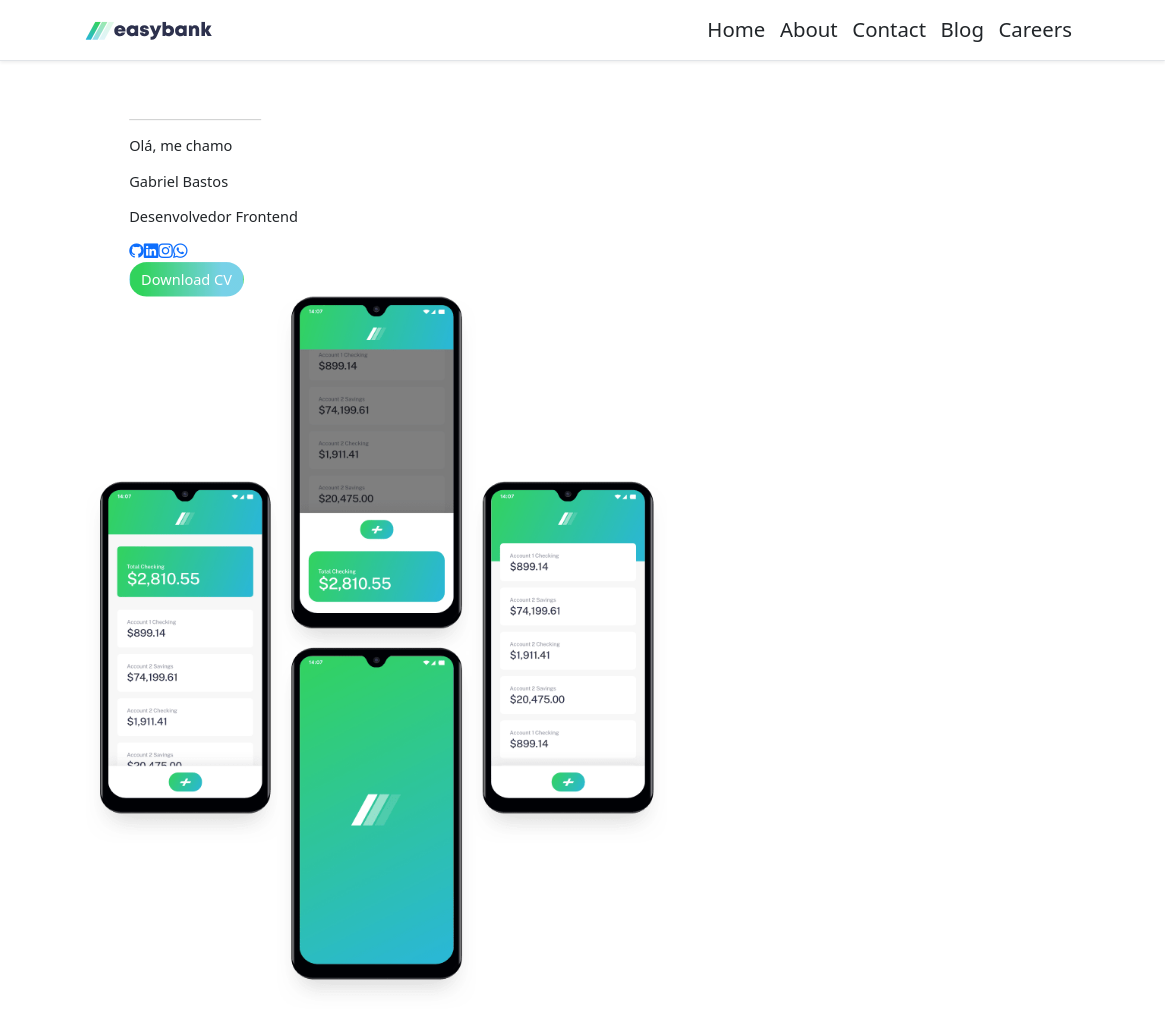
Repository: devbastos/easy-Bank
Page: / (app in frontend/)
The author's editor kept a copy of each file at every save. The page is drawn from the files as they stood at one save, then again after the next save.
The browser window is 1280 px wide. The pictures show the whole page, at 91% of full size.
Some web libraries are served in a nearby version. The project was rebuilt for these pictures with package versions that can differ from the ones it lists, and the page was loaded fresh each time.

Above is the page before, as saved 2022-02-04 12:03:29.

### frontend/src/index.html
<!doctype html>
<html lang="en">
<head>
  <meta charset="utf-8">
  <title>Frontend</title>
  <base href="/">
  <meta name="viewport" content="width=device-width, initial-scale=1">
  <link rel="icon" type="image/x-icon" href="favicon.ico">
  <link rel="stylesheet" href="../node_modules/bootstrap/dist/css/bootstrap.css">
  <link rel="stylesheet" href="../node_modules/bootstrap-icons/font/bootstrap-icons.css">
  <!-- CSS only -->
<link href="https://cdn.jsdelivr.net/npm/bootstrap@5.1.3/dist/css/bootstrap.min.css" rel="stylesheet" integrity="sha384-1BmE4kWBq78iYhFldvKuhfTAU6auU8tT94WrHftjDbrCEXSU1oBoqyl2QvZ6jIW3" crossorigin="anonymous">
</head>
<body>
  <app-root></app-root>

  <script src="/node_modules/bootstrap/dist/js/bootstrap.bundle.js" crossorigin="anonymous"></script>
  <!-- JavaScript Bundle with Popper -->
<script src="https://cdn.jsdelivr.net/npm/bootstrap@5.1.3/dist/js/bootstrap.bundle.min.js" integrity="sha384-ka7Sk0Gln4gmtz2MlQnikT1wXgYsOg+OMhuP+IlRH9sENBO0LRn5q+8nbTov4+1p" crossorigin="anonymous"></script>
  <!-- JavaScript Bundle with Popper -->
<script src="https://cdn.jsdelivr.net/npm/bootstrap@5.1.3/dist/js/bootstrap.bundle.min.js" integrity="sha384-ka7Sk0Gln4gmtz2MlQnikT1wXgYsOg+OMhuP+IlRH9sENBO0LRn5q+8nbTov4+1p" crossorigin="anonymous"></script>
</body>
</html>

### frontend/src/app/app.module.ts
import { NgModule } from '@angular/core';
import { BrowserModule } from '@angular/platform-browser';

import { AppRoutingModule } from './app-routing.module';
import { AppComponent } from './app.component';
import { NavbarComponent } from './template/navbar/navbar.component';
import { BrowserAnimationsModule } from '@angular/platform-browser/animations';
import { HeaderComponent } from './template/header/header.component';

@NgModule({
  declarations: [
    AppComponent,
    NavbarComponent,
    HeaderComponent,

  ],
  imports: [
    BrowserModule,
    AppRoutingModule,
    BrowserAnimationsModule
  ],
  providers: [],
  bootstrap: [AppComponent]
})
export class AppModule { }

### frontend/src/app/app.component.ts
import { Component } from '@angular/core';

@Component({
  selector: 'app-root',
  templateUrl:'app.Component.html',
})
export class AppComponent {
  title = 'frontend';
}

### frontend/src/app/app.Component.html
<app-navbar></app-navbar>
<app-header></app-header>

### frontend/src/app/template/navbar/navbar.component.html


    <nav class="navbar navbar-expand-lg navbar-dark  border-bottom shadow-sm">
      <div class="container">
          <a class="navbar-brand" href=""><svg xmlns="http://www.w3.org/2000/svg" width="139" height="20"><defs><linearGradient id="a" x1="72.195%" x2="17.503%" y1="0%" y2="100%"><stop offset="0%" stop-color="#33D35E"/><stop offset="100%" stop-color="#2AB6D9"/></linearGradient></defs><g fill="none" fill-rule="evenodd"><path fill="#2D314D" fill-rule="nonzero" d="M37.754 15.847c2.852 0 5.152-1.622 5.952-4.216h-3.897c-.376.665-1.14 1.066-2.055 1.066-1.237 0-2.065-.674-2.32-1.978h8.44c.051-.352.081-.694.081-1.037 0-3.335-2.537-5.95-6.201-5.95-3.568 0-6.175 2.564-6.175 6.049 0 3.473 2.628 6.066 6.175 6.066zm2.344-7.297h-4.596c.317-1.129 1.11-1.749 2.252-1.749 1.181 0 2 .613 2.344 1.75zm10.946 7.296c1.32 0 2.5-.434 3.43-1.188l.336.804h3.027V4.093h-2.919l-.4.88c-.94-.775-2.135-1.222-3.474-1.222-3.476 0-5.961 2.505-5.961 6.026 0 3.533 2.485 6.07 5.961 6.07zm.524-3.467c-1.467 0-2.545-1.108-2.545-2.593 0-1.475 1.069-2.583 2.545-2.583 1.466 0 2.544 1.108 2.544 2.583 0 1.485-1.078 2.593-2.544 2.593zm13.123 3.467c3.02 0 5.025-1.554 5.025-3.93 0-2.883-2.387-3.256-4.183-3.575-1.08-.193-1.95-.344-1.95-.99 0-.527.422-.838 1.05-.838.71 0 1.197.337 1.197 1.063h3.667c-.044-2.303-1.92-3.843-4.816-3.843-2.912 0-4.854 1.47-4.854 3.75 0 2.757 2.337 3.289 4.1 3.574 1.092.181 1.952.368 1.952 1.024 0 .587-.543.88-1.116.88-.742 0-1.32-.383-1.32-1.214h-3.77c.036 2.463 1.919 4.1 5.018 4.1zm8.1 3.858c2.936 0 4.344-1.257 5.877-4.736l4.764-10.863h-4.206l-2.249 6.263-2.412-6.263H70.31l4.698 10.43c-.53 1.414-.983 1.804-2.48 1.804H71.45v3.365h1.341zm18.504-3.858c3.5 0 5.973-2.515 5.973-6.048S94.796 3.75 91.295 3.75a5.332 5.332 0 00-2.825.784V0H84.6v15.474h2.897l.37-.844c.923.771 2.102 1.216 3.428 1.216zm-.523-3.467c-1.467 0-2.545-1.108-2.545-2.58 0-1.486 1.078-2.594 2.545-2.594 1.466 0 2.544 1.108 2.544 2.593 0 1.473-1.087 2.58-2.544 2.58zm13.598 3.467c1.32 0 2.5-.434 3.43-1.188l.336.804h3.027V4.093h-2.918l-.401.88c-.939-.775-2.135-1.222-3.474-1.222-3.476 0-5.96 2.505-5.96 6.026 0 3.533 2.484 6.07 5.96 6.07zm.524-3.467c-1.467 0-2.545-1.108-2.545-2.593 0-1.475 1.07-2.583 2.545-2.583 1.467 0 2.545 1.108 2.545 2.583 0 1.485-1.078 2.593-2.545 2.593zm12.653 3.095V9.403c0-1.447.702-2.3 1.923-2.3.986 0 1.483.657 1.483 1.98v6.39h3.915V8.543c0-2.897-1.733-4.773-4.373-4.773-1.47 0-2.733.565-3.58 1.508l-.537-1.172h-2.747v11.369h3.916zm13.748 0v-4.808l2.848 4.808h4.616l-3.902-5.95 3.543-5.419h-4.397l-2.708 4.454V0h-3.916v15.474h3.916z"/><g fill="url(#a)"><path d="M10.802 0L0 19.704h5.986L16.789 0z"/><path opacity=".5" d="M18.171 0L7.368 19.704h5.986L24.157 0z"/><path opacity=".15" d="M25.539 0L14.737 19.704h5.986L31.525 0z"/></g></g></svg></a>
          <button class="navbar-toggler" type="button" data-bs-toggle="collapse" data-bs-target=".navbar-collapse">
            <svg xmlns="http://www.w3.org/2000/svg" width="30" height="30" fill="currentColor" class="bi bi-list" viewBox="0 0 16 16">
              <path fill-rule="evenodd" d="M2.5 12a.5.5 0 0 1 .5-.5h10a.5.5 0 0 1 0 1H3a.5.5 0 0 1-.5-.5zm0-4a.5.5 0 0 1 .5-.5h10a.5.5 0 0 1 0 1H3a.5.5 0 0 1-.5-.5zm0-4a.5.5 0 0 1 .5-.5h10a.5.5 0 0 1 0 1H3a.5.5 0 0 1-.5-.5z"/>
            </svg>
          </button>
          <div class="navbar-collapse collapse">
              <ul class="navbar-nav flex-grow-1 ">

              </ul>

              <div class="align-self-center">
                  <ul class="navbar-nav">
                    <li class="nav-item">
                      <a class="nav-link text-dark text-dark" aria-current="page" href="#">Home</a>
                    </li>
                    <li class="nav-item">
                      <a class="nav-link text-dark" href="#">About</a>
                    </li>
                    <li class="nav-item">
                      <a class="nav-link text-dark" href="#">Contact</a>
                    </li>
                    <li class="nav-item">
                      <a class="nav-link text-dark">Blog</a>
                    </li>
                    <li class="nav-item">
                        <a class="nav-link text-dark">Careers</a>
                      </li>
                  </ul>
              </div>

              <!-- <div class="align-self-end">
                <ul class="navbar-nav">
                  <li class="nav-item" id="btn">
                      <a class="nav-link" href="">Request Invite</a>
                  </li>
              </ul>
              </div> -->
          </div>
      </div>
  </nav>

### frontend/src/app/template/navbar/navbar.component.css
.navbar-toggler {
  color: black;
  margin-right: 1.5rem;
}

.nav-link {
  font-size: 1.4rem;
}

.nav-item :hover {
  text-decoration: overline 3px #31d35c9c;
  transform: scale(1, 1);
  transition: 0.3s ease;
}
/*
#btn {
  background: 50% rgb(45, 49, 77);
  background: 50%
    linear-gradient(
      90deg,
      rgba(45, 49, 77, 0.719) 24%,
      #31d35c9c 51%,
      rgba(43, 183, 218, 0.664) 100%
    );
  color: #fff;
  border-radius: 10rem;
  margin-left: 5rem;
} */

### frontend/src/app/template/header/header.component.html
<!-- <div class="container-fluid bg-light">
    <div class="container">


        <div class="row">
            <div class="col-xxl-4 xol-xl-4 col-md-6 col-sm-12 mt-5 textos">
                <h1>Next generation digital banKing</h1>

                <p>take your financial life online. Your Easybank account <br>
                    will be a one-stop-shop for spending.saving.<br>
                    budgeting.investing. and much more.
                </p>

                <button type="button" class="btn">Request Invite</button>
            </div>


                <img src="/assets/images/image-mockups.png" alt="">

        </div>
    </div>
</div> -->
<div class="container mt-5">
    <div class="row">


        <div class="col-xxl-4 col-xl-4 col-sm-12 col-md-12 col-12 ms-5">
            <!-- <img src="/assets/img/intro.png" class="img-fluid img_intro" alt="olá me chamo Gabriel Bastos Barbosa, Desenvolvedor frontend"> -->
            <hr class="col-5">

                    <p> Olá, me chamo</p>
                    <p> Gabriel Bastos</p>
                    <p class="lh-sm"> Desenvolvedor Frontend</p>

                <a class="icon_github" href="https://github.com/devbastos"><i class="bi bi-github"></i></a>
                <a href="https://www.linkedin.com/in/gabriel-bastos-barbosa-2315b71b9/"><i class="bi bi-linkedin"></i></a>
                <a href="https://instagram.com/bastos_gabriel13?utm_medium=copy_link"><i class="bi bi-instagram"></i></a>
                <a href="https://api.whatsapp.com/send?phone=5511971868122&text=Ol%C3%A1%2CGabriel"><i class="bi bi-whatsapp"></i></a>

                <div class="col-5" >
                   <a  id="sobre" href="https://drive.google.com/file/d/1gLL8huQNl-4CdMbztB3dzvig6tl36Kr9/view?usp=sharing" target="_blank"><button  type="button" class="btn">Download CV</button></a>
                </div>
            </div>
        </div>

        <div class="col-xxl-6 col-xl-6 col-sm-12 col-md-12 col-12 me-5">
            <img src="/assets/images/image-mockups.png" alt="morkup easebank">
        </div>
</div>

### frontend/src/app/template/header/header.component.css
img {
  max-width: 40rem;
  /* margin-top: 5rem;
  margin-left: 15rem; */
  display: inline-block;
}

.btn {
  color: white;
  border-radius: 10rem;
  background: rgb(49, 211, 92);
  background: linear-gradient(
    90deg,
    rgba(49, 211, 92, 1) 10%,
    rgba(43, 183, 218, 0.6397030279503105) 82%
  );
}

Loaded but not shown: frontend/src/main.ts (common file); frontend/src/environments/environment.ts (common file); frontend/src/app/app-routing.module.ts (common file); frontend/src/app/template/navbar/navbar.component.ts (common file); frontend/src/app/template/header/header.component.ts (common file)

After the next save:
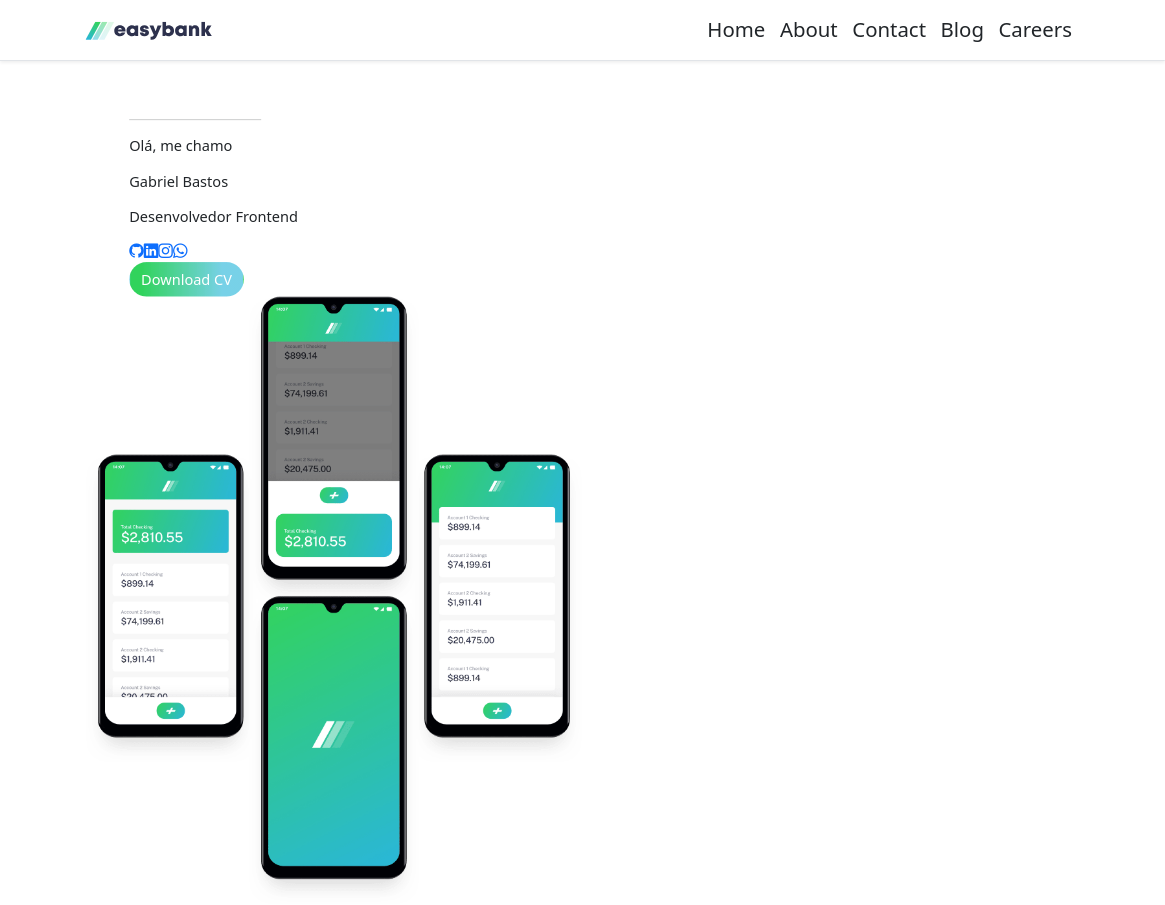
Saved 12 min 54 s later.
--- a/frontend/src/app/template/header/header.component.css
+++ b/frontend/src/app/template/header/header.component.css
@@ -3,6 +3,8 @@
   /* margin-top: 5rem;
   margin-left: 15rem; */
   display: inline-block;
+  width: 100%;
+  object-fit: cover;
 }
 
 .btn {
